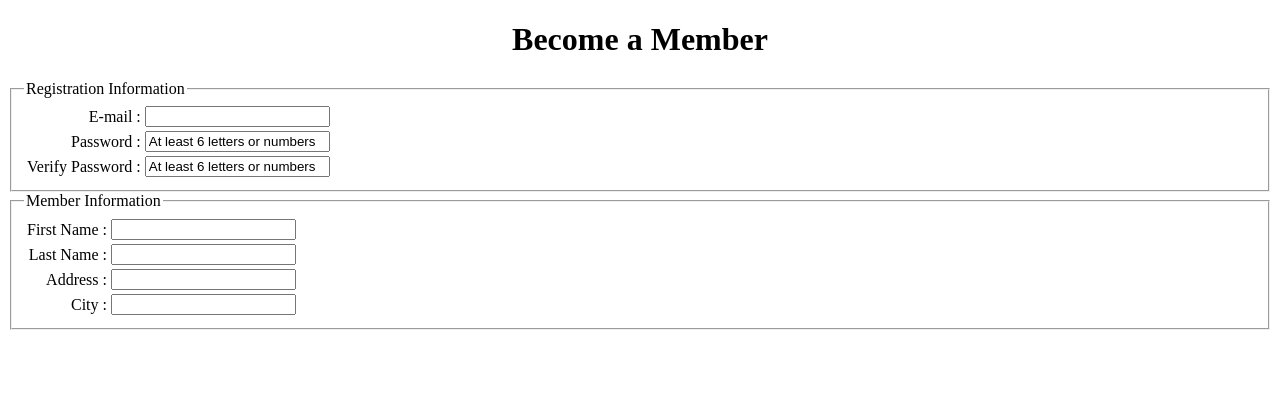
Repository: kjungyoun/Web_Study_2021
Page: homework_front/WebContent/0302/0302.html
These files come from the project's save history. The page is drawn as it stood at one moment and after the next save; the edit follows.
The browser window is 1280 px wide. The pictures show the whole page.

Above is the page before, as saved 2021-03-02 11:05:17.

After the next save:
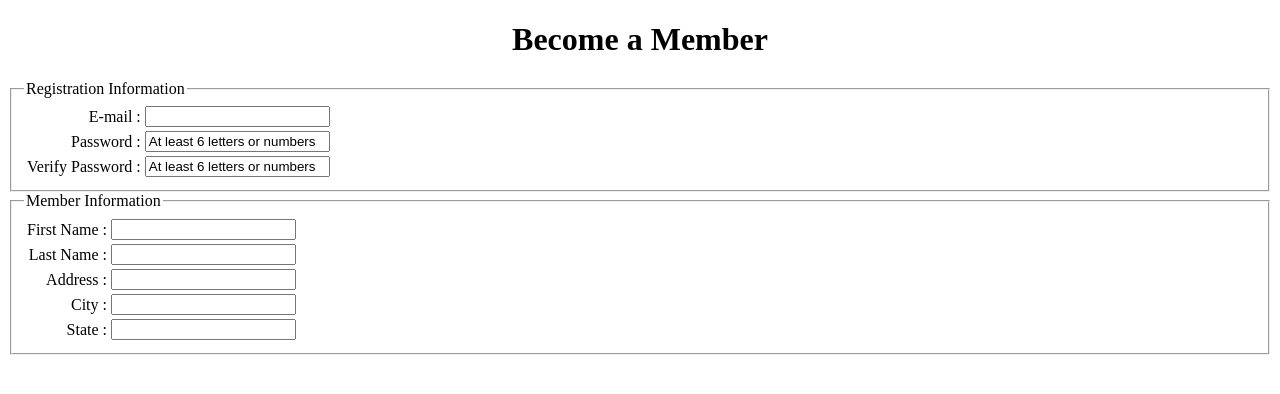
Saved 47 s later.
--- a/homework_front/WebContent/0302/0302.html
+++ b/homework_front/WebContent/0302/0302.html
@@ -78,6 +78,14 @@
 						<input type="text" id="city" name="city">
 					</td>
 				</tr>
+				<tr>
+					<td align="right">
+						<label for="state">State : </label>
+					</td>
+					<td align="left">
+						<input type="text" id="state" name="state">
+					</td>
+				</tr>
 			</tbody>
 		</table>
 	</fieldset>
